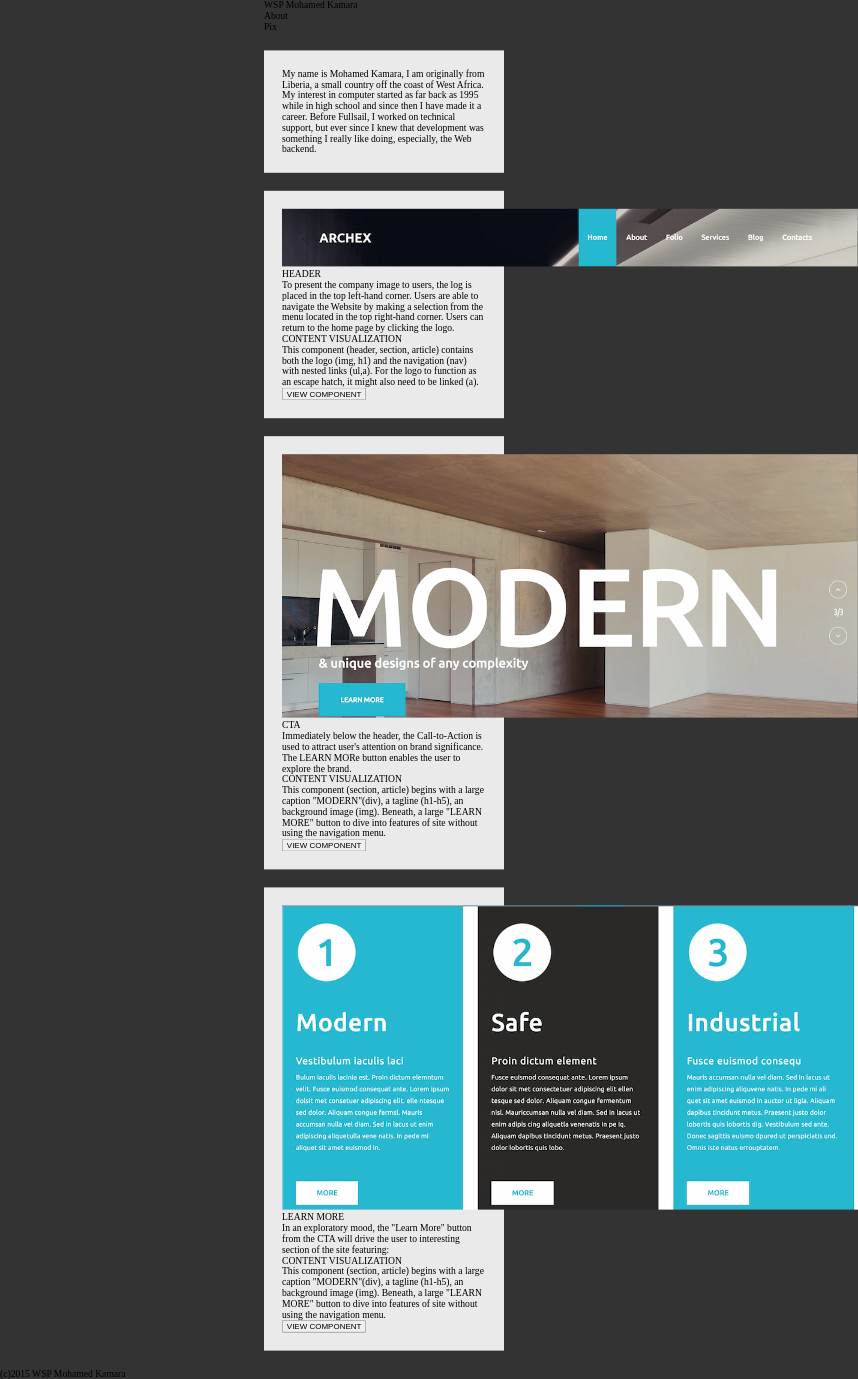
Repository: makamara/WSP_Project
Page: wsp/index.html
The author's editor kept a copy of each file at every save. The page is drawn from the files as they stood at one save, then again after the next save.
The browser window is 1280 px wide. The page is 1430 px wide, so the pictures cover 1430 px, including what lies to the right of the window. The pictures show the whole page, at 60% of full size.

Above is the page before, as saved 2015-09-15 14:45:08.

After the next save:
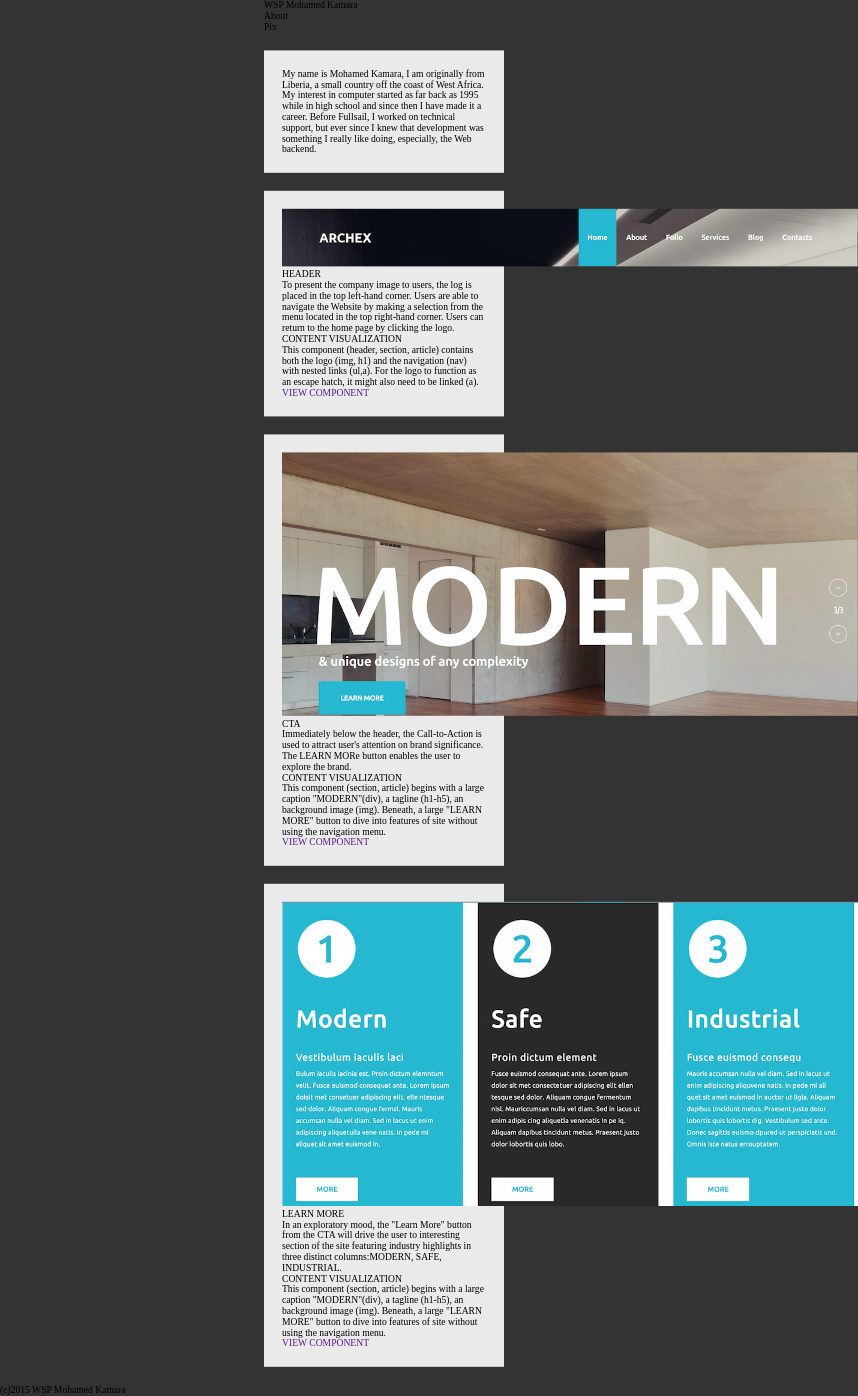
Saved 35 min 37 s later.
--- a/wsp/index.html
+++ b/wsp/index.html
@@ -39,7 +39,7 @@
 			<p>This component (header, section, article) contains both the logo (img, h1) and the navigation (nav) with nested links (ul,a).
 			For the logo to function as an escape hatch, it might also need to be linked (a).
 			</p>
-			<p><button type="button">VIEW COMPONENT</button></p>
+			<p><a href="" class="button">VIEW COMPONENT</a></p>
 		</article>
 		<!-- CTA section -->
 		<article>
@@ -52,20 +52,21 @@
 			<p>This component (section, article) begins with a large caption "MODERN"(div), a tagline (h1-h5), an background image (img).
 			Beneath, a large "LEARN MORE" button to dive into features of site without using the navigation menu.
 			</p>
-			<p><button type="button">VIEW COMPONENT</button></p>
+			<p><a href="" class="button">VIEW COMPONENT</a></p>
 		</article>
 	<!-- LEARN MORE section -->
 		<article>
 			<img src="images/learnmore.jpg" alt="" />
 			<h1>LEARN MORE</h1>
-			<p>In an exploratory mood, the "Learn More" button from the CTA will drive the user to interesting section of the site featuring:
+			<p>In an exploratory mood, the "Learn More" button from the CTA will drive the user to interesting section of the site featuring
+			industry highlights in three distinct columns:MODERN, SAFE, INDUSTRIAL.
 
 			</p>
 			<h2>CONTENT VISUALIZATION</h2>
 			<p>This component (section, article) begins with a large caption "MODERN"(div), a tagline (h1-h5), an background image (img).
 			Beneath, a large "LEARN MORE" button to dive into features of site without using the navigation menu.
 			</p>
-			<p><button type="button">VIEW COMPONENT</button></p>
+			<p><a href="" class="button">VIEW COMPONENT</a></p>
 		</article>
 
 	</section>
